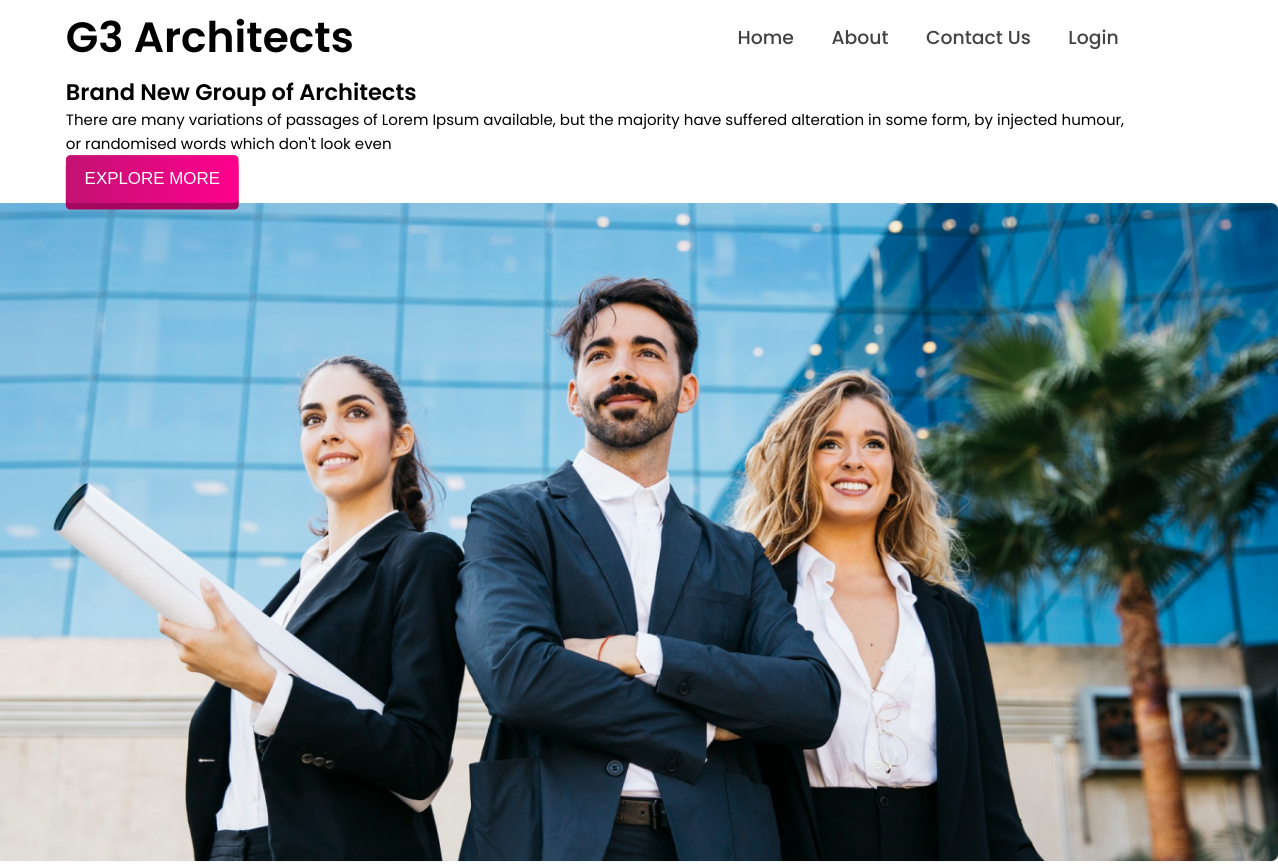
Repository: mdrubel02/G3_Architects
Page: index.html
These files come from the project's save history. The page is drawn as it stood at one moment and after the next save; the edit follows.
The browser window is 1280 px wide. The page is 1360 px wide, so the pictures cover 1360 px, including what lies to the right of the window. The pictures show the whole page, at 94% of full size.

Above is the page before, as saved 2023-01-14 22:59:29.

After the next save:
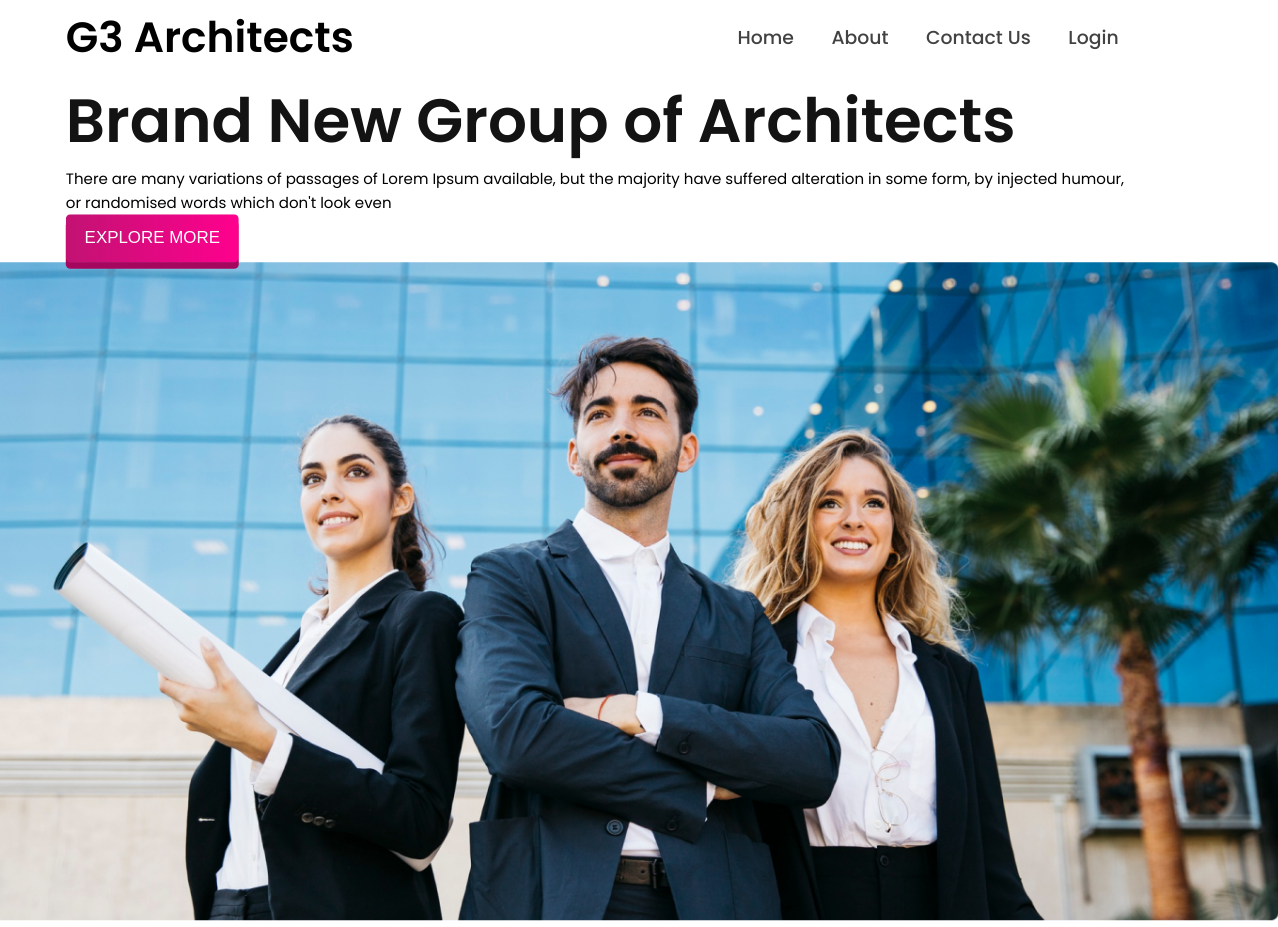
Saved 5 min 18 s later.
--- a/style.css
+++ b/style.css
@@ -98,3 +98,8 @@
     justify-content: center;
     align-items: center;
 }
+.banner_left h1{
+    font-size: 65px;
+    font-weight: 700;
+    color: #131313;
+}
